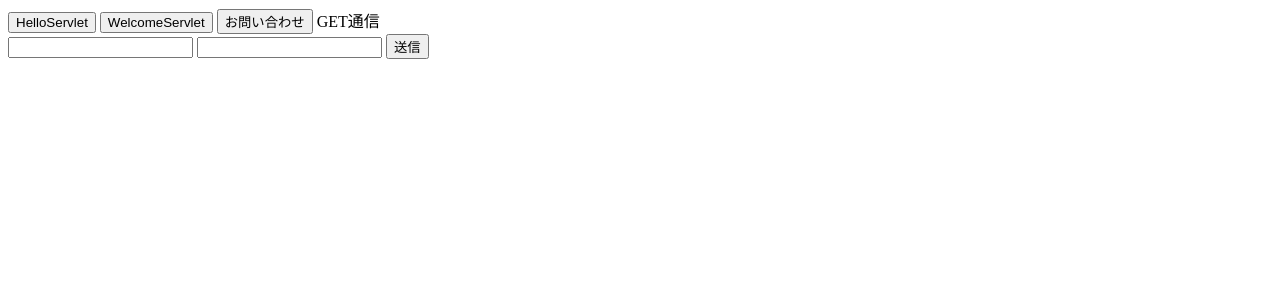
Repository: hijiri00018/test
Page: http://localhost/HelloServlet/
An editor plug-in stored every save of this project. The page is shown before and after the next save, followed by the edit.
The browser window is 1280 px wide. The pictures show the whole page.
The page is served by Tomcat 9.

Above is the page before, as saved 2018-12-21 01:09:04.

After the next save:
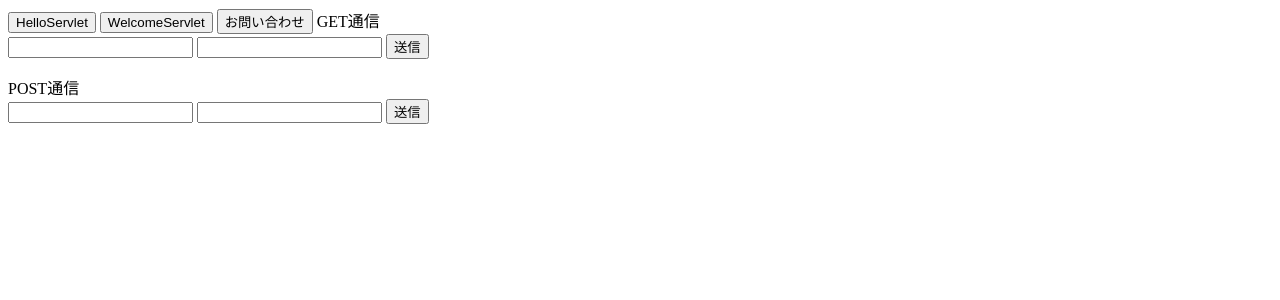
Saved 112 s later.
--- a/HelloServlet/WebContent/index.jsp
+++ b/HelloServlet/WebContent/index.jsp
@@ -16,5 +16,11 @@
 <input type="password" name="password">
 <input type="submit" value="送信">
 </form>
+POST通信
+<form method="post" action="TestServlet">
+<input type="text" name="username">
+<input type="password" name="password">
+<input type="submit" value="送信">
+</form>
 </body>
 </html>
